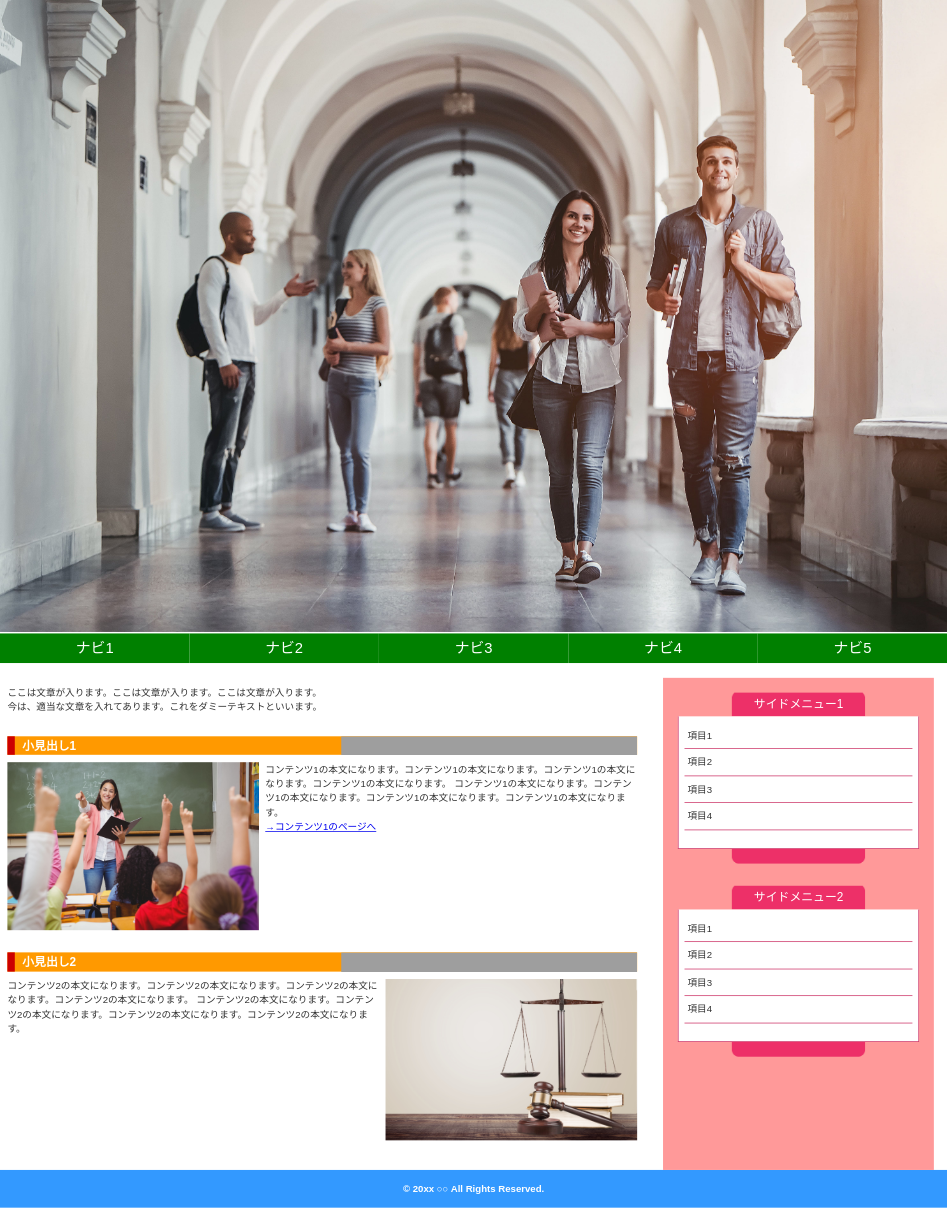
Repository: hidamarisaru/samurai_HTML-CSS
Page: samurairenshu/index.html
The author's editor kept a record of every edit. The page is drawn from the files as they stood at one moment, then again after the next edit.
The browser window is 1280 px wide. The pictures show the whole page, at 74% of full size.
Pictures or frames that could not be fetched are drawn as grey boxes.

Above is the page before.

After the next edit:
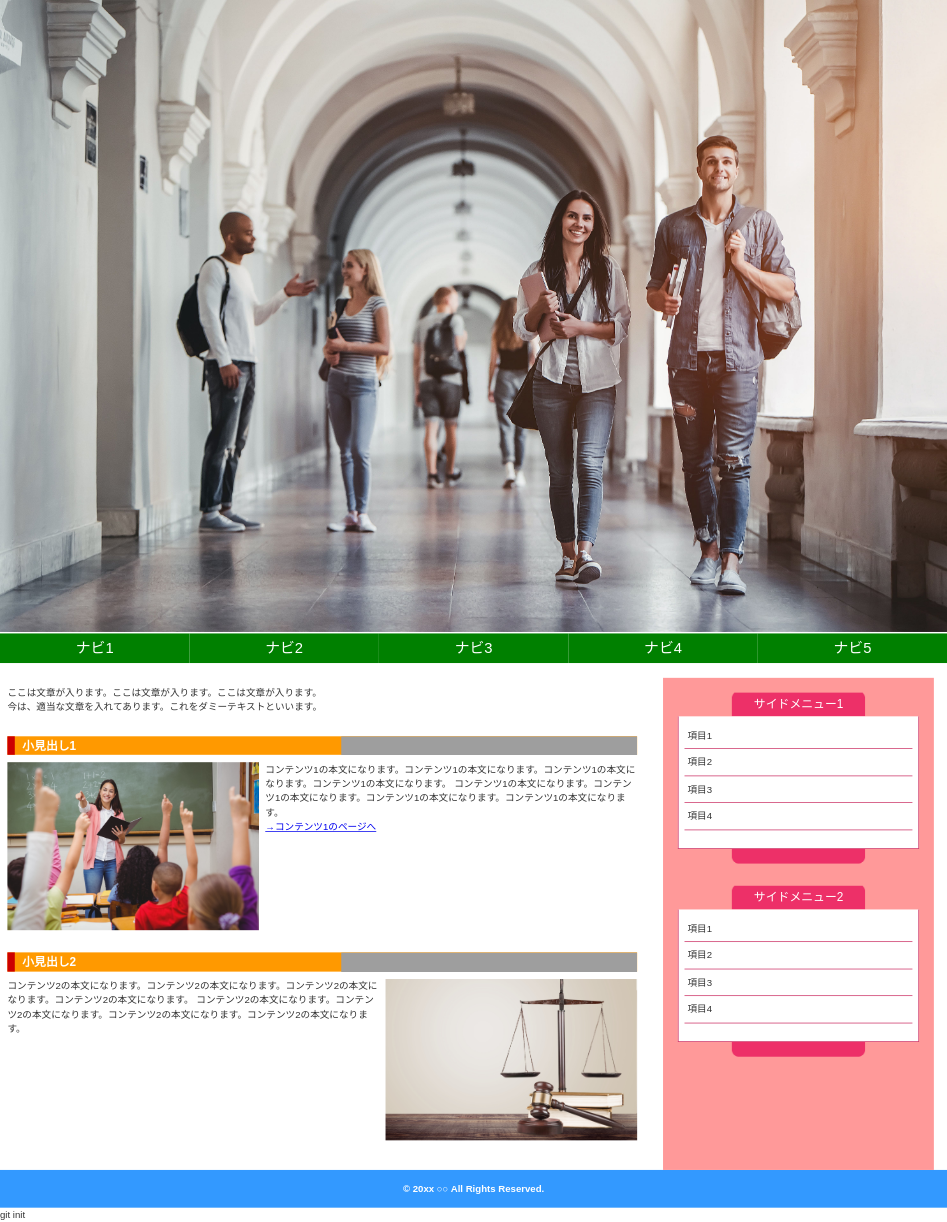
The edit:
--- a/samurairenshu/index.html
+++ b/samurairenshu/index.html
@@ -73,3 +73,4 @@
         </div>
     </body>
 </html>
+git init
